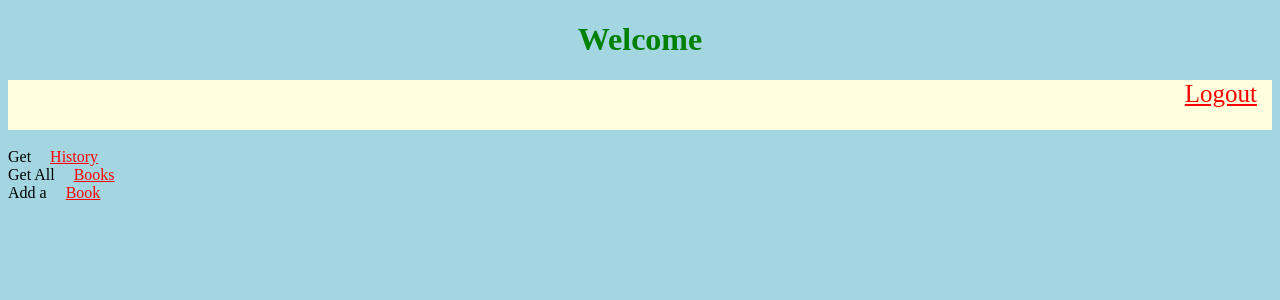
Repository: prashantvadlamani/Library-Management-System
Page: http://localhost/project/librarian.jsp
These files come from the project's save history. The page is drawn as it stood at one moment and after the next save; the edit follows.
The browser window is 1280 px wide. The pictures show the whole page.
The page is served by Tomcat 9. Other server files are loaded and not shown.

Above is the page before, as saved 2018-08-23 05:50:59.

### project/WebContent/librarian.jsp
<%@ page language="java" contentType="text/html; charset=ISO-8859-1"
    pageEncoding="ISO-8859-1"%>
<%@page import="java.util.*"%>
<%@page import="model.*"%>
<!DOCTYPE html PUBLIC "-//W3C//DTD HTML 4.01 Transitional//EN" "http://www.w3.org/TR/html4/loose.dtd">
<html>
<head>
<meta http-equiv="Content-Type" content="text/html; charset=ISO-8859-1">
<title>Librarian</title>
<style>
	h1{
		text-align:center;
		color: green;
	}

	a{
		color: red;
		padding: 15px;
	}
	body{
		background-color: #a3d6e0;
	}
</style>
</head>
<body>
	<header>
	   <h1>Welcome</h1>
  </header>
	<div style="text-align:right;background-color: lightyellow;height: 50px;font-size: 25px;"><a href="logout" >Logout</a></div>
	<br>
	Get <a href="libhistory">History</a>
	<br>
	Get All <a href="librarianServlet">Books</a>
	<br>
	Add a <a href="add">Book</a>



</body>
</html>

After the next save:
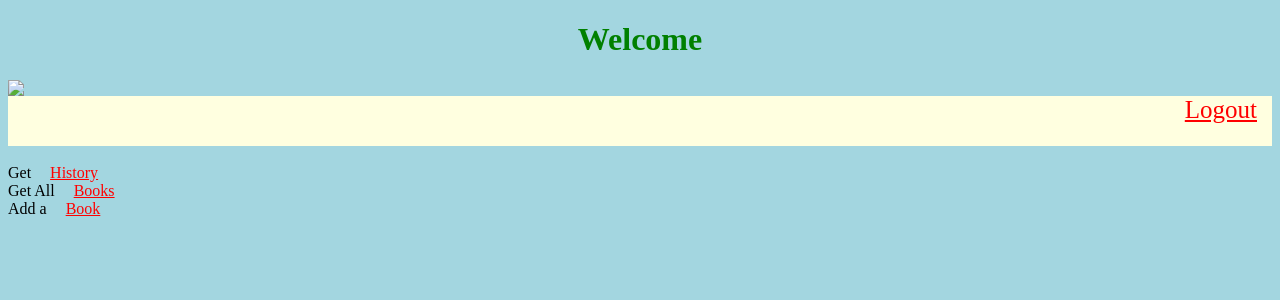
Not found: project/images/librarianlogo
Saved 3 min 47 s later.
--- a/project/WebContent/librarian.jsp
+++ b/project/WebContent/librarian.jsp
@@ -25,6 +25,7 @@
 <body>
 	<header>
 	   <h1>Welcome</h1>
+	   <img src="/images/librarianlogo"></img>
   </header>
 	<div style="text-align:right;background-color: lightyellow;height: 50px;font-size: 25px;"><a href="logout" >Logout</a></div>
 	<br>
